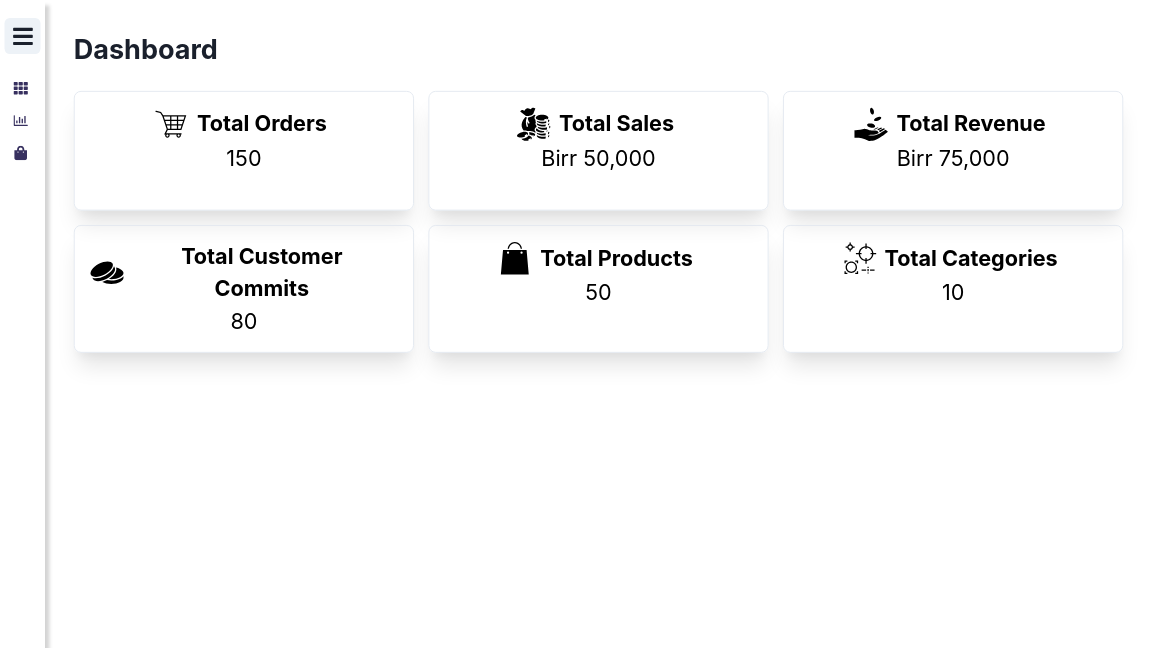
Repository: Andarg01/chakra-dashboard
Page: /
These files come from the project's save history. The page is drawn as it stood at one moment and after the next save; the edit follows.
The browser window is 1280 px wide. The pictures show the whole page, at 90% of full size.
The project was rebuilt for these pictures with package versions that can differ from the ones it lists, and the page was loaded fresh each time. Also part of the build but not shown: src/components/ProductModal.tsx, src/components/ProductTable.tsx, src/pages/ProductList.tsx, src/components/AnalyticalCard.tsx, src/pages/Analytics.tsx.

Above is the page before, as saved 2024-03-13 00:18:31.

### src/index.tsx
import React from 'react';
import ReactDOM from 'react-dom/client';
import './index.css';
import App from './App';

import { ChakraProvider } from '@chakra-ui/react';


const root = ReactDOM.createRoot(
  document.getElementById('root') as HTMLElement
);
root.render(

  <React.StrictMode>
  <ChakraProvider>
    <App />
    </ChakraProvider>
  </React.StrictMode>

);

### src/App.tsx
import React from 'react'
import ProductList from './pages/ProductList'
import Dashboard from './components/Dashboard'
import Sidebar from './components/Sidebar';
import Analytics from './pages/Analytics';
import { BrowserRouter, Route, Routes } from 'react-router-dom';
const App = () => {
  return (
    <div>
    <BrowserRouter>
    <Sidebar>
      <Routes>
      <Route path="/" element={<Dashboard />}/>
      <Route path="/dashboard" element={<Dashboard />}/>
      <Route path="/analytics" element={<Analytics  />} />
      <Route path="/product" element={<ProductList />}/>

      </Routes>
    </Sidebar>
  </BrowserRouter>
    </div>
  )
}

export default App





















// import React from 'react';
// import { BrowserRouter, Route, Routes } from 'react-router-dom';
// import Sidebar from './components/Sidebar';

// import Dashboard from './pages/Dashboard'

// import Analytics from './pages/AnalyticsPage'

// import ProductList from './ProductList';
// import './App.css';


// // import { ChakraProvider } from '@chakra-ui/react';

// type SaleData = {
//   date: string;
//   amount: number;
// };

// type RevenueData = {
//   month: string;
//   revenue: number;
// };

// const App: React.FC = () => {
//   const saleData: SaleData[] = [
//     { date: '2022-01-01', amount: 100 },
//     { date: '2022-01-02', amount: 150 },
//     { date: '2022-01-03', amount: 200 },
//     { date: '2022-01-04', amount: 120 },
//     { date: '2022-01-05', amount: 180 },
//     { date: '2022-01-06', amount: 90 },
//     { date: '2022-01-07', amount: 110 },
//     { date: '2022-01-08', amount: 130 },
//     { date: '2022-01-09', amount: 170 },
//     { date: '2022-01-10', amount: 160 },
//   ];

//   const revenueData: RevenueData[] = [
//     { month: 'January', revenue: 500 },
//     { month: 'February', revenue: 700 },
//     { month: 'March', revenue: 600 },
//     { month: 'April', revenue: 800 },
//     { month: 'May', revenue: 900 },
//     { month: 'June', revenue: 750 },
//     { month: 'July', revenue: 850 },
//     { month: 'August', revenue: 950 },
//     { month: 'September', revenue: 700 },
//     { month: 'October', revenue: 850 },
//   ];

//   return (
//     // <ChakraProvider>
//       <div>
//         <BrowserRouter>
//           <Sidebar>
//             <Routes>
//               <Route path="/" element={<Dashboard saleData={saleData} revenueData={revenueData} />} />
//               <Route path="/dashboard" element={<Dashboard saleData={saleData} revenueData={revenueData} />} />

//               <Route path="/analytics" element={<Analytics />} />
//               <Route path="/product" element={<ProductList />} />

//             </Routes>
//           </Sidebar>
//         </BrowserRouter>
//       </div>
//     {/* </ChakraProvider> */}
//   );
// };

// export default App;

### src/components/Dashboard.tsx



// Dashboard.tsx
import React from 'react';
import { Box, Text, SimpleGrid, Flex } from '@chakra-ui/react';
import { GiShoppingCart, GiCash, GiReceiveMoney, GiTwoCoins, GiShoppingBag, GiMultipleTargets } from 'react-icons/gi';

interface DashboardCardProps {
  title: string;
  value: number;
  index: number;
  isCurrency?: boolean;
}

const iconComponents = [
  GiShoppingCart,   // Total Orders
  GiCash,           // Total Sales
  GiReceiveMoney,   // Total Revenue
  GiTwoCoins,       // Total Customer Commits
  GiShoppingBag,    // Total Products
  GiMultipleTargets // Total Categories
];

const DashboardCard: React.FC<DashboardCardProps> = ({ title, value, index, isCurrency = false }) => {
  const IconComponent = iconComponents[index];

  const formattedValue = isCurrency ? `Birr ${value.toLocaleString()}` : value;

  return (
    <Box
      p="4"
      borderRadius="lg"
      border="1px solid"
      borderColor="gray.200"
      boxShadow="xl"
      textAlign="center"
      minH={`calc(100px + 1/3 * 100px)`} // Maximize height and add 1/3 of the size
      fontSize="2xl"
      color="black" // Set text color to black
      display="inline-flex"
      flexDirection="column"
      alignItems="center"
    >
      <Flex alignItems="center">
        <IconComponent size={40}  fontWeight="bold" />
        <Text fontWeight="bold" ml="2" mr="2">
          {title}
        </Text>
      </Flex>
      <Text>{formattedValue}</Text>
    </Box>
  );
};

const Dashboard: React.FC = () => {
  // Dummy data for demonstration
  const metricsData = {
    totalOrders: 150,
    totalSales: 50000,
    totalRevenue: 75000,
    totalCustomerCommits: 80,
    totalProducts: 50,
    totalCategories: 10,
  };

  return (
    <Box p="8">
      <Text fontSize="3xl" fontWeight="bold" mb="6">
        Dashboard
      </Text>

      <SimpleGrid columns={[1, 2, 3, 3]} spacing="4">
        <DashboardCard title="Total Orders" value={metricsData.totalOrders} index={0} />
        <DashboardCard title="Total Sales" value={metricsData.totalSales} index={1} isCurrency />
        <DashboardCard title="Total Revenue" value={metricsData.totalRevenue} index={2} isCurrency />
        <DashboardCard title="Total Customer Commits" value={metricsData.totalCustomerCommits} index={3} />
        <DashboardCard title="Total Products" value={metricsData.totalProducts} index={4} />
        <DashboardCard title="Total Categories" value={metricsData.totalCategories} index={5} />
      </SimpleGrid>
    </Box>
  );
};

export default Dashboard;





// // Dashboard.tsx
// import React from 'react';
// import { Box, Text, SimpleGrid, Flex } from '@chakra-ui/react';
// import { GiShoppingCart, GiCash, GiReceiveMoney, GiTwoCoins, GiShoppingBag, GiMultipleTargets } from 'react-icons/gi';

// interface DashboardCardProps {
//   title: string;
//   value: number;
//   index: number;
//   isCurrency?: boolean;
// }

// const iconComponents = [
//   GiShoppingCart,   // Total Orders
//   GiCash,           // Total Sales
//   GiReceiveMoney,   // Total Revenue
//   GiTwoCoins,       // Total Customer Commits
//   GiShoppingBag,    // Total Products
//   GiMultipleTargets // Total Categories
// ];

// const DashboardCard: React.FC<DashboardCardProps> = ({ title, value, index, isCurrency = false }) => {
//   const colors = ['rgba(159, 122, 234, 0.7)', 'rgba(237, 100, 166, 0.7)']; // Purple, Pink with transparency
//   const backgroundColor = colors[index % colors.length];

//   const IconComponent = iconComponents[index];

//   const formattedValue = isCurrency ? `Birr ${value.toLocaleString()}` : value;

//   return (
//     <Box
//       p="4"
//       borderRadius="lg"
//       boxShadow="xl"
//       textAlign="center"
//       minH={`calc(100px + 1/3 * 100px)`} // Maximize height and add 1/3 of the size
//       fontSize="2xl"
//       color="white"
//       backgroundColor={backgroundColor}
//       display="inline-flex"
//       flexDirection="column"
//       alignItems="center"
//     >
//       <Flex alignItems="center">
//         <IconComponent size={40} mb="-2" fontWeight="bold" />
//         <Text fontWeight="bold" ml="2" mr="2">
//           {title}
//         </Text>
//       </Flex>
//       <Text>{formattedValue}</Text>
//     </Box>
//   );
// };

// const Dashboard: React.FC = () => {
//   // Dummy data for demonstration
//   const metricsData = {
//     totalOrders: 150,
//     totalSales: 50000,
//     totalRevenue: 75000,
//     totalCustomerCommits: 80,
//     totalProducts: 50,
//     totalCategories: 10,
//   };

//   return (
//     <Box p="8">
//       <Text fontSize="3xl" fontWeight="bold" mb="6">
//         Dashboard
//       </Text>

//       <SimpleGrid columns={[1, 2, 3, 3]} spacing="4">
//         <DashboardCard title="Total Orders" value={metricsData.totalOrders} index={0} />
//         <DashboardCard title="Total Sales" value={metricsData.totalSales} index={1} isCurrency />
//         <DashboardCard title="Total Revenue" value={metricsData.totalRevenue} index={2} isCurrency />
//         <DashboardCard title="Total Customer Commits" value={metricsData.totalCustomerCommits} index={3} />
//         <DashboardCard title="Total Products" value={metricsData.totalProducts} index={4} />
//         <DashboardCard title="Total Categories" value={metricsData.totalCategories} index={5} />
//       </SimpleGrid>
//     </Box>
//   );
// };

// export default Dashboard;

### src/components/Sidebar.tsx




import React, { useState } from 'react';
import {
  FaTh,
  FaBars,
  FaShoppingBag,
  FaRegChartBar,
} from 'react-icons/fa';

import { NavLink } from 'react-router-dom';
import { Box, IconButton, Text, Flex } from '@chakra-ui/react';

interface MenuItem {
  path: string;
  name: string;
  icon: JSX.Element;
}

const Sidebar: React.FC<React.PropsWithChildren<{}>> = ({ children }) => {
  const [isOpen, setIsOpen] = useState(false);

  const toggle = () => setIsOpen(!isOpen);

  const menuItems: MenuItem[] = [
    {
      path: '/',
      name: 'Dashboard',
      icon: <FaTh />,
    },
    {
      path: '/analytics',
      name: 'Analytics',
      icon: <FaRegChartBar />,
  },
    {
      path: '/product',
      name: 'Product',
      icon: <FaShoppingBag />,
    },
  ];

  return (
    <Flex>
      <Box
        width={isOpen ? '200px' : '50px'}
        bg="#fff"
        boxShadow="5px 5px 4px rgb(212, 212, 212)"
        color="#000"
        height="100vh"
        transition="all 0.5s"
        overflowX="hidden"
      >
        <Flex
          className="top_section"
          direction="column"
          align="center"
          justify="center"
          p="20px 15px"
        >
          <Text fontSize={isOpen ? '30px' : '0'} className="logo">
            Logo
          </Text>
          <IconButton
            marginLeft={isOpen ? '50px' : '0px'}
            className="bars"
            fontSize="25px"
            aria-label="Toggle Sidebar"
            icon={<FaBars />}
            onClick={toggle}
          />
        </Flex>
        {menuItems.map((item, index) => (
          <NavLink to={item.path} key={index} className="link">
            <Flex
              p="10px 15px"
              color="#37305F"
              _hover={{ bgColor: '#37305F', color: '#fff', margin: '10px', borderRadius: '10px' }}
              _active={{ bgColor: '#37305F', color: '#fff', margin: '10px', borderRadius: '10px' }}
            >
              <Box className="icon" marginRight="3">
                {item.icon}
              </Box>
              <Text
                display={isOpen ? 'block' : 'none'}
                className="link_text text-sm"
                marginLeft="3"
              >
                {item.name}
              </Text>
            </Flex>
          </NavLink>
        ))}
      </Box>
      <Box flex="1">{children}</Box>
    </Flex>
  );
};

export default Sidebar;

### src/components/Statics.tsx
import React from 'react';
import { Flex, Box, Text, Icon } from '@chakra-ui/react';
import { AiOutlineShop, AiOutlineShopping, AiOutlineAppstore, AiOutlineOrderedList, AiOutlineStar } from 'react-icons/ai';

const DashboardCard: React.FC<{ title: string; value: number; icon: React.ElementType }> = ({ title, value, icon: IconComponent }) => (
  <Box
    bg="white"
    p={6}
    borderRadius="lg"
    boxShadow="xl"
    width="300px"
    height="150px"
    margin="4"
  >
    <Flex align="center" mb={2}>
      <Icon as={IconComponent} color="green" boxSize={6} mr={2} />
      <Text fontSize="lg" fontWeight="bold">{title}</Text>
    </Flex>
    <Text fontSize="3xl" mb={4}>{value}</Text>
  </Box>
);

const Statics: React.FC = () => {
  // Static data for demonstration
  const totalShops = 10;
  const totalProducts = 100;
  const totalCategories = 20;
  const totalOrders = 500;
  const totalReviews = 200;

  return (
    <Flex justify="center" align="center" minHeight="100vh">
      <Flex direction="column" align="center">
        <Flex wrap="wrap" justify="center">
          <DashboardCard title="Total Shops" value={totalShops} icon={AiOutlineShop} />
          <DashboardCard title="Total Products" value={totalProducts} icon={AiOutlineShopping} />
          <DashboardCard title="Total Categories" value={totalCategories} icon={AiOutlineAppstore} />
        </Flex>
        <Flex wrap="wrap" justify="center">
          <DashboardCard title="Total Orders" value={totalOrders} icon={AiOutlineOrderedList} />
          <DashboardCard title="Total Reviews" value={totalReviews} icon={AiOutlineStar} />
        </Flex>
      </Flex>
    </Flex>
  );
};

export default Statics;

Loaded but not shown: public/index.html (common file); src/index.css (common file)

After the next save:
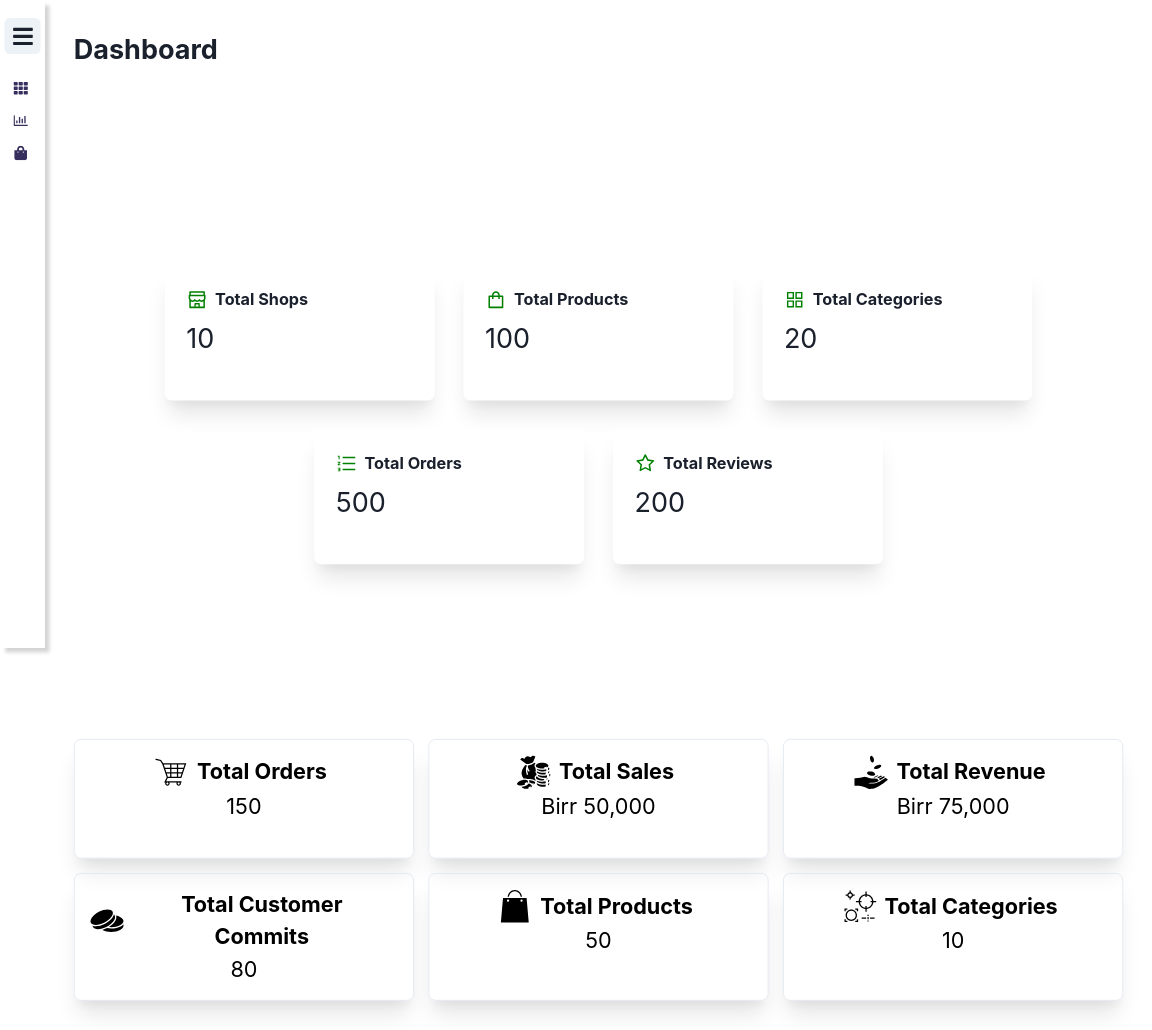
Saved 70 s later.
--- a/src/components/Dashboard.tsx
+++ b/src/components/Dashboard.tsx
@@ -5,6 +5,7 @@
 import React from 'react';
 import { Box, Text, SimpleGrid, Flex } from '@chakra-ui/react';
 import { GiShoppingCart, GiCash, GiReceiveMoney, GiTwoCoins, GiShoppingBag, GiMultipleTargets } from 'react-icons/gi';
+import Statics from './Statics';
 
 interface DashboardCardProps {
   title: string;
@@ -69,7 +70,7 @@ const Dashboard: React.FC = () => {
       <Text fontSize="3xl" fontWeight="bold" mb="6">
         Dashboard
       </Text>
-
+      <Statics/>
       <SimpleGrid columns={[1, 2, 3, 3]} spacing="4">
         <DashboardCard title="Total Orders" value={metricsData.totalOrders} index={0} />
         <DashboardCard title="Total Sales" value={metricsData.totalSales} index={1} isCurrency />
